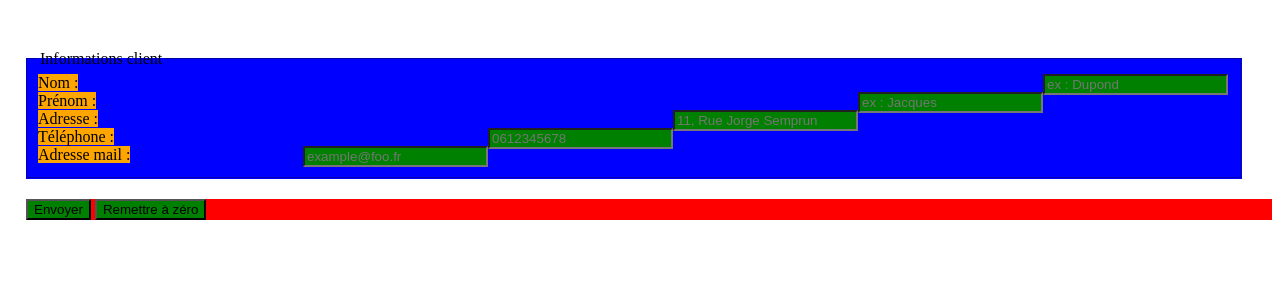
Repository: big73/NFE114
Page: http://localhost/Seance4-step1/
The author's editor kept a copy of each file at every save. The page is drawn from the files as they stood at one save, then again after the next save.
The browser window is 1280 px wide. The pictures show the whole page.
The page is served by Tomcat 9.

Above is the page before, as saved 2015-12-30 14:42:17.

After the next save:
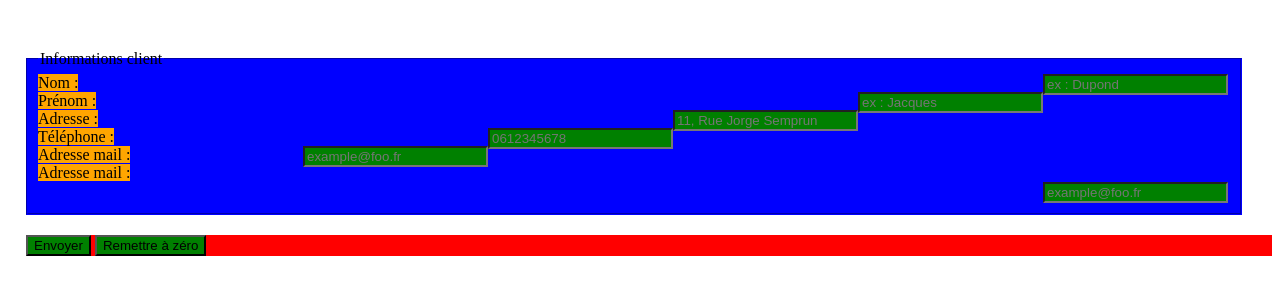
Saved 26 s later.
--- a/Seance4-step1/WebContent/formClient.jsp
+++ b/Seance4-step1/WebContent/formClient.jsp
@@ -27,6 +27,9 @@
 
 			<label>Adresse mail : </label>
 			<input class="saisie" type="text" placeholder="example@foo.fr" name="mail"><br>
+
+			<label>Adresse mail : </label>
+			<input class="saisie" type="text" placeholder="example@foo.fr" name="mail"><br>
 		</fieldset>
 
 		<div class="actionneur">

After the save that followed:
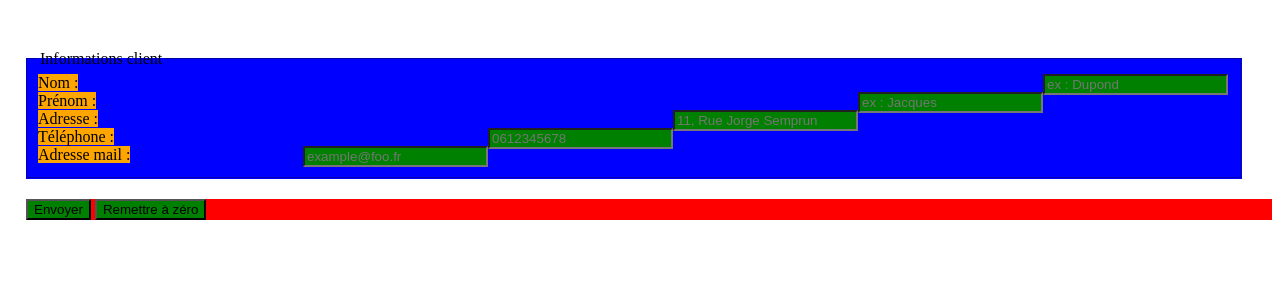
Saved 35 s later.
--- a/Seance4-step1/WebContent/formClient.jsp
+++ b/Seance4-step1/WebContent/formClient.jsp
@@ -28,8 +28,6 @@
 			<label>Adresse mail : </label>
 			<input class="saisie" type="text" placeholder="example@foo.fr" name="mail"><br>
 
-			<label>Adresse mail : </label>
-			<input class="saisie" type="text" placeholder="example@foo.fr" name="mail"><br>
 		</fieldset>
 
 		<div class="actionneur">
